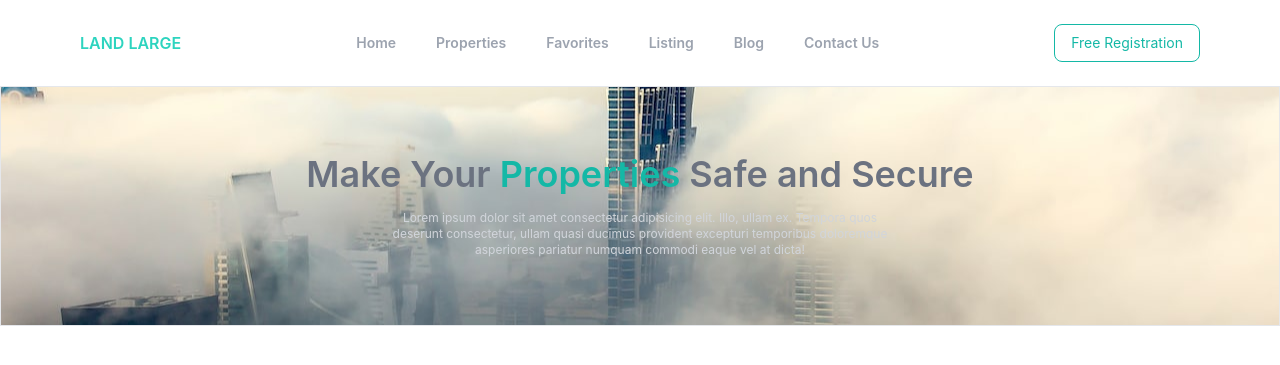
Repository: MuniruIssah/realestate
Page: /
These files come from the project's save history. The page is drawn as it stood at one moment and after a run of saves; the edit follows.
The browser window is 1280 px wide. The pictures show the whole page.
The project was rebuilt for these pictures with package versions that can differ from the ones it lists, and the page was loaded fresh each time. Also part of the build but not shown: src/App.css.

Above is the page before, as saved 2022-02-19 22:01:35.

After the next 2 saves:
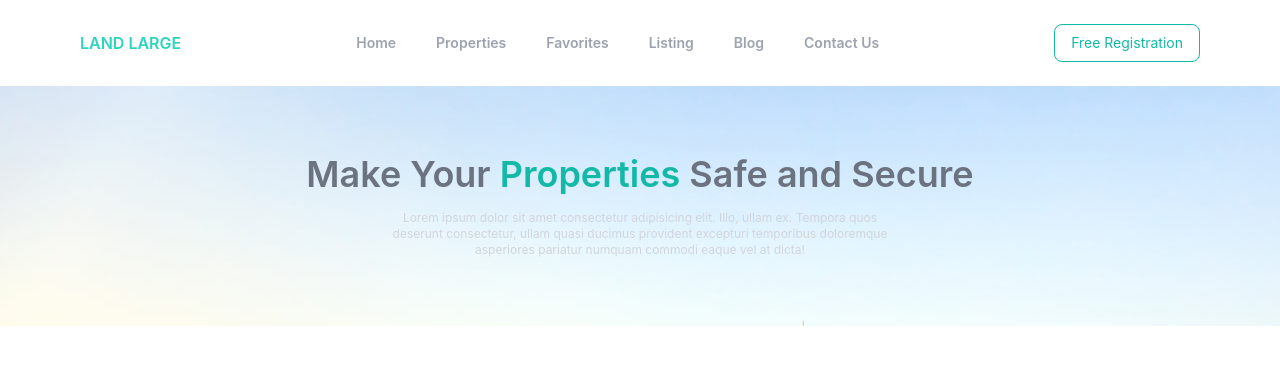
The 2 saves are shown as one change because they came seconds apart.
The last was saved 14 s later.
--- a/src/components/Jumbotron.js
+++ b/src/components/Jumbotron.js
@@ -4,7 +4,7 @@ const Jumbotron = () => {
   return (
     <div
       style={{ backgroundImage: `url(${building})` }}
-      className="h-1/3 flex flex-col justify-center items-center space-y-4 w-full border  bg-no-repeat bg-center"
+      className="h-1/3 flex flex-col justify-center items-center space-y-4 w-full   bg-no-repeat"
     >
       <span className="lg:text-4xl text-gray-500 text-center font-semibold">
         Make Your <span className="text-teal-500">Properties</span> Safe and
